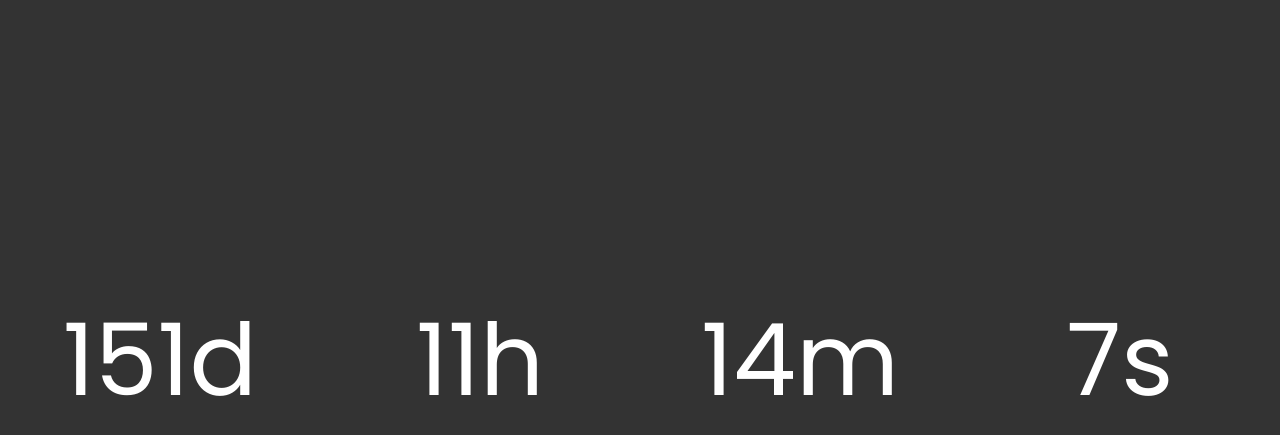
Repository: LeTanTru/All-Code
Page: Countdown/index.html
The author's editor kept a copy of each file at every save. The page is drawn from the files as they stood at one save, then again after the next save.
The browser window is 1280 px wide. The pictures show the whole page.

Above is the page before, as saved 2023-01-14 19:43:05.

After the next save:
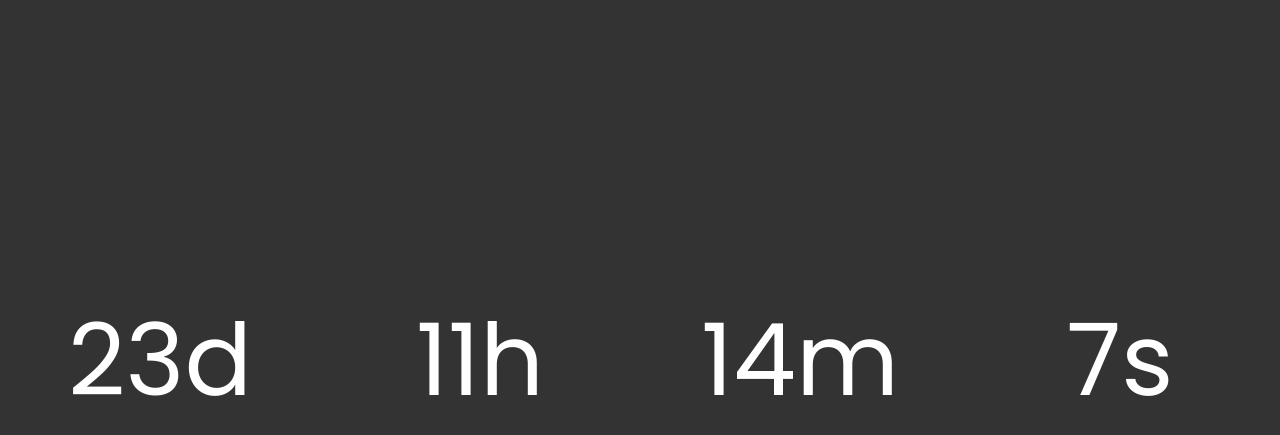
Saved 4 s later.
--- a/Countdown/countdown.js
+++ b/Countdown/countdown.js
@@ -4,7 +4,7 @@ const minutesEle = document.querySelector(".minutes");
 const secondsEle = document.querySelector(".seconds");
 
 const date = new Date();
-const dateEnd = new Date("5/30/2023");
+const dateEnd = new Date("1/22/2023");
 const difference = dateEnd.getTime() - date.getTime();
 const days = Math.floor(difference / (1000 * 86400));
 const hours = Math.floor(difference / (1000 * 3600) - days * 24);
@@ -21,7 +21,7 @@ secondsEle.innerText = seconds + "s";
 
 setInterval(() => {
   const date = new Date();
-  const dateEnd = new Date("5/30/2023");
+  const dateEnd = new Date("1/22/2023");
   const difference = dateEnd.getTime() - date.getTime();
   const days = Math.floor(difference / (1000 * 86400));
   const hours = Math.floor(difference / (1000 * 3600) - days * 24);
